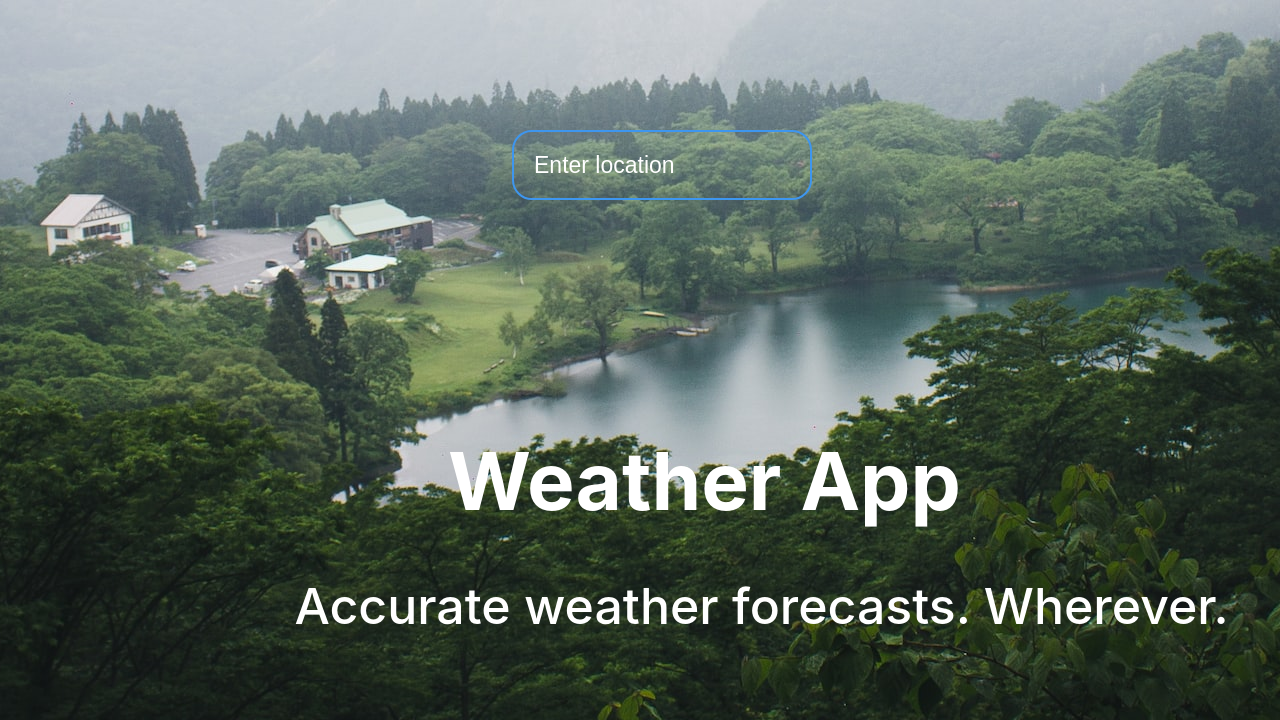
Repository: RenataDzotova/WeatherForecast
Page: /
An editor plug-in stored every save of this project. The page is shown before and after the next save, followed by the edit.
The browser window is 1280 px wide. The pictures show the whole page.
The project was rebuilt for these pictures with package versions that can differ from the ones it lists, and the page was loaded fresh each time. The framework's server and built-in components were replaced by stand-ins that run in the browser. Also part of the build but not shown: next.config.js, styles/Home.module.css.

Above is the page before, as saved 2023-01-19 16:48:33.

After the next save:
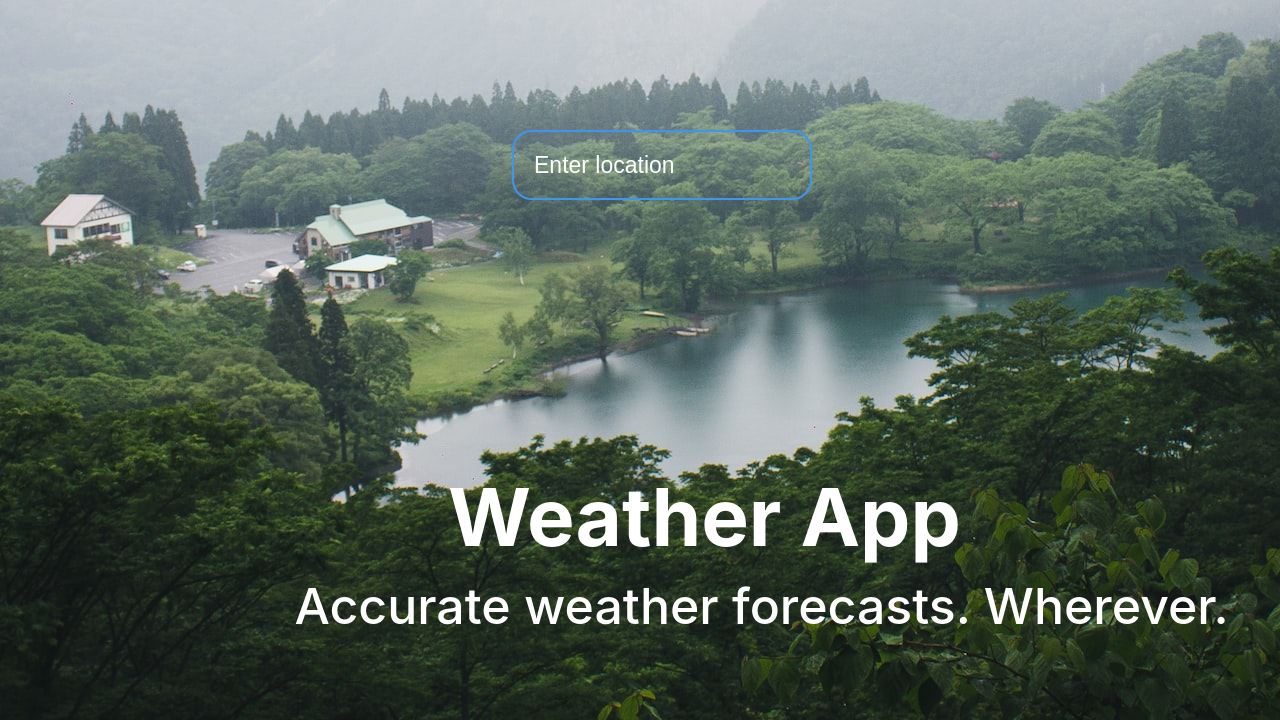
Saved 5 s later.
--- a/styles/globals.css
+++ b/styles/globals.css
@@ -20,7 +20,7 @@ body {
   background-color: transparent;
   position: absolute;
   left: 35%;
-  top: 60%;
+  top: 65%;
 }
 
 .descText{
